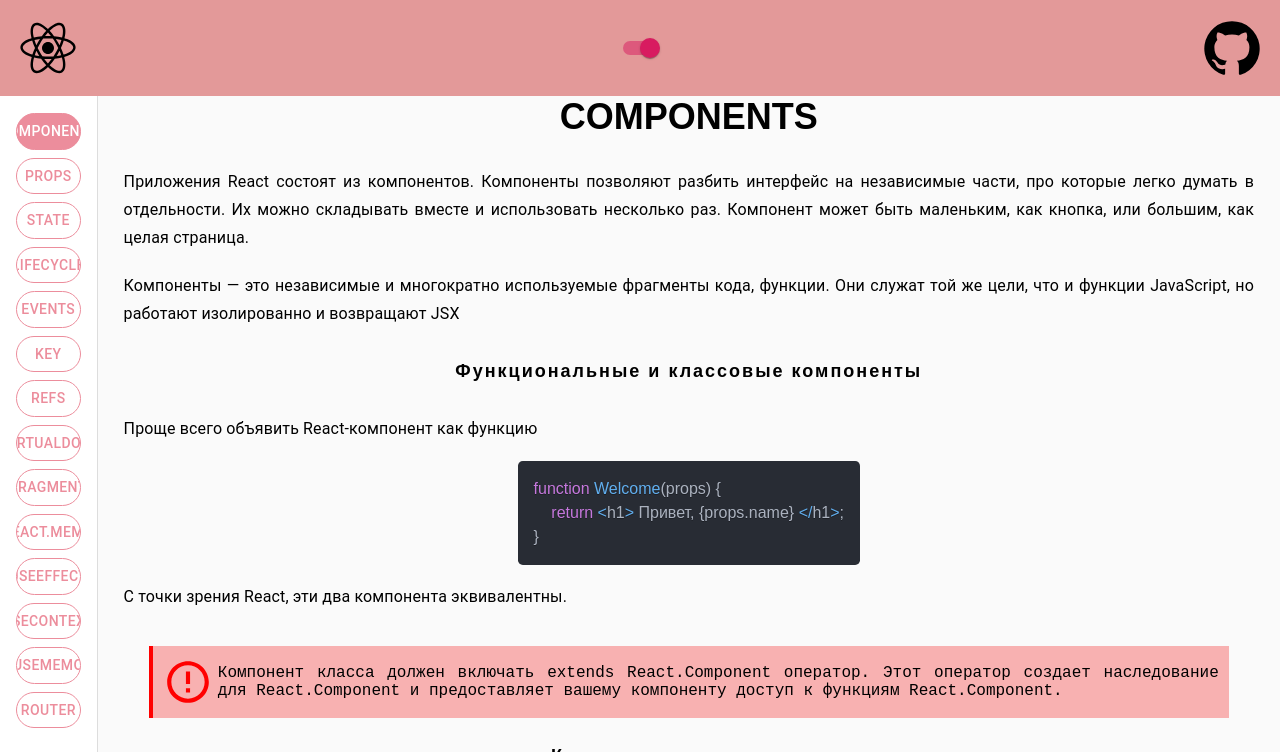
Repository: savannaaaas/reactDocumentation
Page: /topic/components
The author's editor kept a copy of each file at every save. The page is drawn from the files as they stood at one save, then again after the next save.
The browser window is 1280 px wide. The pictures show the whole page.
An inner scrolling area shows only its first screen. The project was rebuilt for these pictures with package versions that can differ from the ones it lists, and the page was loaded fresh each time. Also part of the build but not shown: vite.config.js, src/pages/welcomePage/WelcomeButton/WelcomeButton.jsx, src/pages/welcomePage/Content/ContentWelcome.jsx, src/pages/welcomePage/WelcomePage.jsx, src/data/data.js, src/components/CustomTypography/CustomTypography.jsx.

Above is the page before, as saved 2025-07-31 21:04:03.

### index.html
<!DOCTYPE html>
<html lang="en" data-theme="light">
  <head>
    <meta charset="UTF-8" />
    <link rel="icon" type="image/svg+xml" href="/vite.svg" />
    <meta name="viewport" content="width=device-width, initial-scale=1.0" />
    <title>NoteBook</title>
  </head>
  <body>
    <div id="root"></div>
    <script type="module" src="/src/main.jsx"></script>
  </body>
</html>

### src/main.jsx
import { StrictMode } from "react";
import { createRoot } from "react-dom/client";
import App from "./App.jsx";
import { ThemeProvider } from "./providers/ThemeProvider.jsx";
import "./index.scss";
import { BrowserRouter } from "react-router";

createRoot(document.getElementById("root")).render(
  <StrictMode>
    <ThemeProvider>
      <BrowserRouter>
        <App />
      </BrowserRouter>
    </ThemeProvider>
  </StrictMode>
);

### src/App.jsx
import { Routes, Route } from "react-router";
import { WelcomePage } from "./pages/welcomePage/WelcomePage";
import { TopicPage } from "./pages/topicPage/TopicPage";
import "./index.scss";
import { data } from "./data/data";
import { Topic } from "./pages/topicPage/Topic";
function App() {
  return (
    <Routes>
      <Route path="/" element={<WelcomePage />} />
      <Route path="/topic" element={<TopicPage />}>
        <Route
          path="components"
          element={
            <Topic
              title={data[0].title}
              content={data[0].content}
              path={data[0].path}
            />
          }
        />
        <Route
          path="props"
          element={
            <Topic
              title={data[1].title}
              content={data[1].content}
              path={data[1].path}
            />
          }
        />
        <Route
          path="state"
          element={
            <Topic
              title={data[2].title}
              content={data[2].content}
              path={data[2].path}
            />
          }
        />
      </Route>
    </Routes>
  );
}

export default App;

### src/providers/ThemeProvider.jsx
import { useEffect, useState } from "react";
import { themes, ThemeContext } from "../contexts/ThemeContext";
const getTheme = () => {
  const theme = `${window?.localStorage.getItem("theme")}`; //получаем тему из хранилища
  if (Object.values(themes).includes(theme)) {
    //если тема такая есть возвращаем
    return theme;
  } //если в хранилище нет смотрим какую тему пользователь предпочитает
  const userMedia = window.matchMedia("(prefers-color-scheme: light)"); //проверяем предпочитает пользователь светлую тему если да возвр
  if (userMedia.matches) return themes.light;
  return themes.dark; //иначе темная
};
export const ThemeProvider = ({ children }) => {
  const [theme, setTheme] = useState(getTheme);
  useEffect(() => {
    document.documentElement.dataset.theme = theme; // добавляем атрибут data-theme на <html>
    localStorage.setItem("theme", theme); //устанавливаем и сохраняем текущую тему
  }, [theme]);
  return (
    <ThemeContext.Provider value={{ theme, setTheme }}>
      {children}
    </ThemeContext.Provider>
  );
};

### src/index.scss
* {
  padding: 0;
  margin: 0;
  box-sizing: border-box;
  overflow: hidden;
  font-family: Arial, Helvetica, sans-serif;
}
body {
  background-color: var(--background-color);
}

:root[data-theme="light"] {
  --background-color: #fafafa;
}

:root[data-theme="dark"] {
  --background-color: #313139;
}

### src/pages/topicPage/TopicPage.jsx
import { useEffect } from "react";
import { Outlet, useLocation } from "react-router";
import { Header } from "../welcomePage/Header/Header";
import { Navigation } from "../../components/Navigation/Navigation";
import { Grid } from "@mui/material";

export const TopicPage = () => {
  const location = useLocation();
  const hasContent = location.pathname !== "/topics/";
  //Everytime when change pathname
  useEffect(() => {
    const customTypography = document.querySelector(".custom-typography");
    if (customTypography) {
      customTypography.scrollIntoView({ behavior: "smooth" });
    }
    const activeElement = document.querySelector(".active");
    if (activeElement) {
      activeElement.scrollIntoView({ inline: "center", behavior: "smooth" });
    }
  }, [location.pathname]);
  return (
    <>
      <Header />
      <Grid
        sx={{
          display: "flex",
          height: "calc(100vh - 64px)",
        }}
      >
        <Grid
          sx={{
            width: hasContent ? "30vh" : "60vh",
            borderRight: "1px solid #ddd",
            overflowY: "auto",
            position: "sticky",
            top: 0,
            height: "100%",
          }}
        >
          <Navigation />
        </Grid>
        <Grid sx={{ flexGrow: 1, overflowY: "auto", padding: 2 }}>
          <Outlet />
        </Grid>
      </Grid>
    </>
  );
};

### src/pages/topicPage/Topic.jsx
import { ImportantPoints } from "../../components/ImportantPoints/ImportantPoints";
import { CustomTypography } from "../../components/CustomTypography/CustomTypography";
import { Fragment } from "react/jsx-runtime";
import { Code } from "../../components/Code/Code";
import { Text } from "../../components/Text/Text";
import { Title } from "../../components/Title/Title";
import "../../components/CustomTypography/index.scss";
import { NavButtons } from "../../components/Navigation/NavButtons";
export const Topic = ({ title, content = [] }) => {
  console.log(title);
  const getValue = (content) => {
    return content.map((item) => {
      const [[key, value]] = Object.entries(item);
      switch (key) {
        case "p": {
          return <Text>{value}</Text>;
        }
        case "h": {
          return <Title>{value}</Title>;
        }
        case "c": {
          return <Code>{value}</Code>;
        }
        case "err": {
          return <ImportantPoints>{value}</ImportantPoints>;
        }
      }
    });
  };
  return (
    <>
      <h1 className="custom-typography">{title}</h1>
      {getValue(content).map((item, index) => (
        <Fragment key={index}>{item}</Fragment>
      ))}
      <NavButtons title={title} />
    </>
  );
};

### src/contexts/ThemeContext.jsx
import { createContext } from "react";
export const themes = {
  dark: "dark",
  light: "light",
};

export const ThemeContext = createContext({});

### src/pages/welcomePage/Header/Header.jsx
import GitHubIcon from "@mui/icons-material/GitHub";
import { Image } from "../../../components/Image/Image";
import { Toggle } from "../../../components/Toggle/Toggle";
import reactLogo from "../../../assets/react.svg";
import "../index.scss";
import { IconButton } from "@mui/material";
import { forwardRef } from "react";

export const Header = forwardRef((props, ref) => {
  return (
    <div ref={ref} className="header" {...props}>
      <IconButton
        href="https://react.dev/learn"
        target="_blank"
        rel="noopener noreferrer"
      >
        <Image src={reactLogo} style={{ width: "60px" }} />
      </IconButton>
      <Toggle />
      <IconButton
        href="https://github.com/savannaaaas"
        target="_blank"
        rel="noopener noreferrer"
        sx={{
          color: "black",
          "&:hover": {
            color: "#d81b60",
          },
        }}
      >
        <GitHubIcon
          sx={{
            fontSize: "60px",
          }}
        />
      </IconButton>
    </div>
  );
});

### src/pages/welcomePage/index.scss
$light-color: rgb(242, 118, 138);
$dark-color: #ffffff;

.header {
  background-color: rgb(227, 153, 153);
  display: flex;
  flex-direction: row;
  align-items: center;
  justify-content: space-between;
  padding: 10px;
  width: 100%;
}

.base-content {
  position: relative;
  display: flex;
  flex-direction: column;
  justify-content: center;
  align-items: center;
  gap: 100px;
  color: rgb(242, 118, 138);

  p {
    a {
      color: rgb(242, 118, 138);
      text-decoration: none;
    }
  }
}

.welcome-page {
  position: relative;
  display: flex;
  flex-direction: column;
  gap: 100px;
  justify-content: center;
  align-items: center;
}

.welcome-button {
  padding: 10 30px;
  width: 170px;
  border-radius: 30px;
}
[data-theme="light"] {
  .base-content {
    color: $light-color;

    p {
      a {
        color: $light-color;
      }
    }
  }
  .welcome-button {
    background-color: rgb(245, 60, 91);
    color: white;
  }
}

[data-theme="dark"] {
  .base-content {
    color: $dark-color;

    p {
      a {
        color: $dark-color;
      }
    }
  }
  .welcome-button {
    background-color: white;
    color: rgb(245, 60, 91);
  }
}

### src/components/Navigation/Navigation.jsx
import { Button } from "../Button/Button";
import "./index.scss";
import { Box, List, ListItem } from "@mui/material";
import { NavLink } from "react-router";
import { ButtonNavigate } from "./ButtonNavigate";
export const Navigation = () => {
  return (
    <Box
      className="list"
      sx={{
        overflowY: "auto",
        p: 2,
        left: 0,
      }}
    >
      <List sx={{ display: "flex", flexDirection: "column", gap: 1 }}>
        <ListItem disablePadding>
          <ButtonNavigate component={NavLink} to="/topic/components" fullWidth>
            Components
          </ButtonNavigate>
        </ListItem>
        <ListItem disablePadding>
          <ButtonNavigate component={NavLink} to="/topic/props" fullWidth>
            Props
          </ButtonNavigate>
        </ListItem>
        <ListItem disablePadding>
          <ButtonNavigate component={NavLink} to="/topic/state" fullWidth>
            State
          </ButtonNavigate>
        </ListItem>
        <ListItem disablePadding>
          <ButtonNavigate component={NavLink} to="/topic/lifecycle" fullWidth>
            Lifecycle
          </ButtonNavigate>
        </ListItem>
        <ListItem disablePadding>
          <ButtonNavigate component={NavLink} to="/topic/events" fullWidth>
            Events
          </ButtonNavigate>
        </ListItem>
        <ListItem disablePadding>
          <ButtonNavigate component={NavLink} to="/topic/key" fullWidth>
            Key
          </ButtonNavigate>
        </ListItem>
        <ListItem disablePadding>
          <ButtonNavigate component={NavLink} to="/topic/refs" fullWidth>
            Refs
          </ButtonNavigate>
        </ListItem>
        <ListItem disablePadding>
          <ButtonNavigate component={NavLink} to="/topic/virtual-dom" fullWidth>
            VirtualDOM
          </ButtonNavigate>
        </ListItem>
        <ListItem disablePadding>
          <ButtonNavigate component={NavLink} to="/topic/fragment" fullWidth>
            Fragment
          </ButtonNavigate>
        </ListItem>
        <ListItem disablePadding>
          <ButtonNavigate component={NavLink} to="/topic/react-memo" fullWidth>
            React.Memo
          </ButtonNavigate>
        </ListItem>
        <ListItem disablePadding>
          <ButtonNavigate component={NavLink} to="/topic/useEffect" fullWidth>
            useEffect
          </ButtonNavigate>
        </ListItem>
        <ListItem disablePadding>
          <ButtonNavigate component={NavLink} to="/topic/useContext" fullWidth>
            useContext
          </ButtonNavigate>
        </ListItem>
        <ListItem disablePadding>
          <ButtonNavigate component={NavLink} to="/topic/useMemo" fullWidth>
            useMemo
          </ButtonNavigate>
        </ListItem>
        <ListItem disablePadding>
          <ButtonNavigate component={NavLink} to="/topic/router" fullWidth>
            Router
          </ButtonNavigate>
        </ListItem>
      </List>
    </Box>
  );
};

### src/components/ImportantPoints/ImportantPoints.jsx
import Box from "@mui/material/Box";
import ErrorOutlineIcon from "@mui/icons-material/ErrorOutline";
import "./index.scss";
export const ImportantPoints = ({ children }) => {
  return (
    <Box component="section" className="importantBox">
      <ErrorOutlineIcon sx={{ color: "red", fontSize: 50 }} />
      {children}
    </Box>
  );
};

### src/components/Code/Code.jsx
import Paper from "@mui/material/Paper";
import { Prism as SyntaxHighlighter } from "react-syntax-highlighter";
import { oneDark } from "react-syntax-highlighter/dist/esm/styles/prism";
import { Box } from "@mui/material";
export const Code = ({ children }) => {
  return (
    <Box
      sx={{
        display: "flex",
        flexWrap: "wrap",
        justifyContent: "center",
        alignItems: "center",
      }}
    >
      <SyntaxHighlighter language="javascript" style={oneDark}>
        {children}
      </SyntaxHighlighter>
    </Box>
  );
};

### src/components/Text/Text.jsx
import { Typography } from "@mui/material";
import "./index.scss";
export const Text = ({ children, props }) => {
  return (
    <Typography {...props} variant="subtitle1" className="text">
      {children}
    </Typography>
  );
};

### src/components/Title/Title.jsx
import "./index.scss";
export const Title = ({ children }) => {
  return <div className="title">{children}</div>;
};

### src/components/CustomTypography/index.scss
@use "../Text/index";

.custom-typography {
  margin: 20px;
  font-weight: bold;
  text-transform: uppercase;
  text-align: center;
  font-size: 36px;
}
[data-theme="light"] {
  .custom-typography {
    color: index.$text-color-light;
  }
}
[data-theme="dark"] {
  .custom-typography {
    color: index.$text-color-dark;
  }
}

### src/components/Navigation/NavButtons.jsx
import { Button, Grid } from "@mui/material";
import ArrowBackIosNewIcon from "@mui/icons-material/ArrowBackIosNew";
import ArrowForwardIosIcon from "@mui/icons-material/ArrowForwardIos";
import { data } from "../../data/data";
import "./index.scss";
import { NavLink } from "react-router";
export const NavButtons = ({ title }) => {
  const topics = data.map((e) => {
    const { title, path } = e;
    return { title, path };
  });
  const getCurrentTopic = (title) => {
    return topics.findIndex((topic) => topic.title == title);
  };
  const getBackNextTopic = (title) => {
    const current = getCurrentTopic(title);
    const back = current > 0 ? topics[current - 1] : null;
    const next = current < topics.length - 1 ? topics[current + 1] : null;
    return (
      <>
        {back && (
          <Button
            variant="contained"
            className="navigate-button"
            startIcon={<ArrowBackIosNewIcon />}
          >
            <NavLink to={"/topic/" + back.path} className="navigate-button">
              Back topic
            </NavLink>
          </Button>
        )}
        {next && (
          <Button
            variant="contained"
            className="navigate-button"
            endIcon={<ArrowForwardIosIcon />}
          >
            <NavLink to={"/topic/" + next.path} className="navigate-button">
              Next topic
            </NavLink>
          </Button>
        )}
      </>
    );
  };
  return <div className="buttons">{getBackNextTopic(title)}</div>;
};

### src/components/Button/Button.jsx
import ButtonCustom from "@mui/material/Button";
export const Button = ({ children, ...props }) => {
  return <ButtonCustom {...props}>{children}</ButtonCustom>;
};

### src/components/Image/Image.jsx
export const Image = ({ ...props }) => {
  return <img {...props} />;
};

### src/components/Toggle/Toggle.jsx
import { useContext } from "react";
import { ThemeContext } from "../../contexts/ThemeContext";
import { alpha, styled } from "@mui/material/styles";
import { grey, pink } from "@mui/material/colors";
import { themes } from "../../contexts/ThemeContext";
import Switch from "@mui/material/Switch";
export const Toggle = () => {
  const { theme, setTheme } = useContext(ThemeContext);
  const ThemeSwitch = styled(Switch)(({ theme }) => ({
    "& .MuiSwitch-switchBase": {
      color: grey[600],
      "&:hover": {
        backgroundColor: alpha(grey[600], theme.palette.action.hoverOpacity),
      },
    },
    "& .MuiSwitch-track": {
      backgroundColor: grey[600],
    },
    "& .MuiSwitch-switchBase.Mui-checked": {
      color: pink[600],
      "&:hover": {
        backgroundColor: alpha(pink[600], theme.palette.action.hoverOpacity),
      },
    },
    "& .MuiSwitch-switchBase.Mui-checked + .MuiSwitch-track": {
      backgroundColor: pink[600],
    },
  }));
  const handleChange = () => {
    if (theme === themes.light) setTheme(themes.dark);
    if (theme === themes.dark) setTheme(themes.light);
  };
  return (
    <ThemeSwitch checked={theme == themes.light} onChange={handleChange} />
  );
};

### src/components/Navigation/index.scss
.buttons {
  display: flex;
  flex-direction: row;
  justify-content: center;
  align-items: center;
  gap: 20px;
  margin: 20px;
}
.navigate-button {
  width: 150px;
  border-radius: 60%;

  text-decoration: none;
}

[data-theme="light"] {
  .list {
    background-color: #ffffff;
  }
  .navigate-button {
    background-color: rgb(242, 118, 138);
    color: #ffffff;
  }
}

[data-theme="dark"] {
  .list {
    background-color: #313139;
  }
  .navigate-button {
    background-color: #ffffff;
    color: rgb(242, 118, 138);
  }
}

### src/components/Navigation/ButtonNavigate.jsx
import { Button } from "../Button/Button";
import "./index.scss";
export const ButtonNavigate = ({ children, ...props }) => {
  return (
    <Button
      {...props}
      variant="outlined"
      sx={{
        width: "200px",
        fontSize: "14px",
        borderRadius: "40px",
        border: "1px rgba(236, 141, 156, 1) solid",
        color: "rgba(236, 141, 156, 1)",
        "&.active": {
          backgroundColor: "rgba(236, 141, 156, 1)",
          color: "#ffff",
        },
      }}
    >
      {children}
    </Button>
  );
};

### src/components/ImportantPoints/index.scss
.importantBox {
  display: flex;
  width: 150vh;
  height: 10vh;
  margin: 25px auto;
  text-align: justify;
  align-items: center;
  flex-direction: row;
  gap: 5px;
  padding: 10px;
  box-sizing: border-box;
  font-size: 16px;
  font-family: monospace;
}
[data-theme="light"] {
  .importantBox {
    border-left: 4px solid red;
    background-color: rgba(245, 3, 3, 0.292);
  }
}
[data-theme="dark"] {
  .importantBox {
    border-left: 4px solid red;
    background-color: rgb(95, 95, 95);
    color: rgb(232, 232, 232);
  }
}

### src/components/Text/index.scss
$text-color-dark: aliceblue;
$text-color-light: black;
.text {
  text-align: justify;
  font-size: medium;
  line-height: 1.5;
  letter-spacing: 2px;
  padding: 10px;
}
[data-theme="light"] {
  .text {
    color: $text-color-light;
  }
}
[data-theme="dark"] {
  .text {
    color: $text-color-dark;
  }
}

### src/components/Title/index.scss
@use "../Text/index";
.title {
  text-align: center;
  font-size: 18px;
  line-height: 1.5;
  letter-spacing: 2px;
  margin: 20px;
  font-weight: bold;
}

[data-theme="light"] {
  .title {
    color: index.$text-color-light;
  }
}
[data-theme="dark"] {
  .title {
    color: index.$text-color-dark;
  }
}

After the next save:
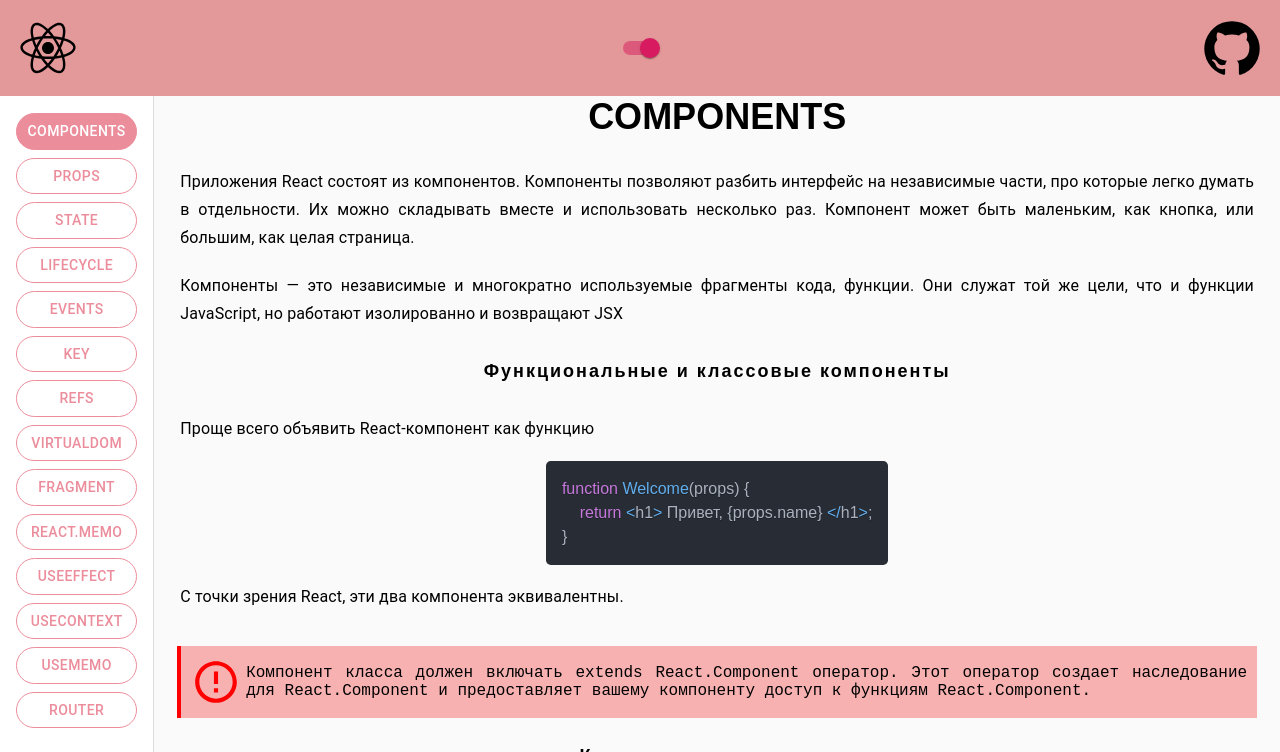
Saved 14 s later.
--- a/src/pages/topicPage/TopicPage.jsx
+++ b/src/pages/topicPage/TopicPage.jsx
@@ -29,7 +29,7 @@
       >
         <Grid
           sx={{
-            width: hasContent ? "30vh" : "60vh",
+            width: hasContent ? "50vh" : "60vh",
             borderRight: "1px solid #ddd",
             overflowY: "auto",
             position: "sticky",

After the 5 saves that followed:
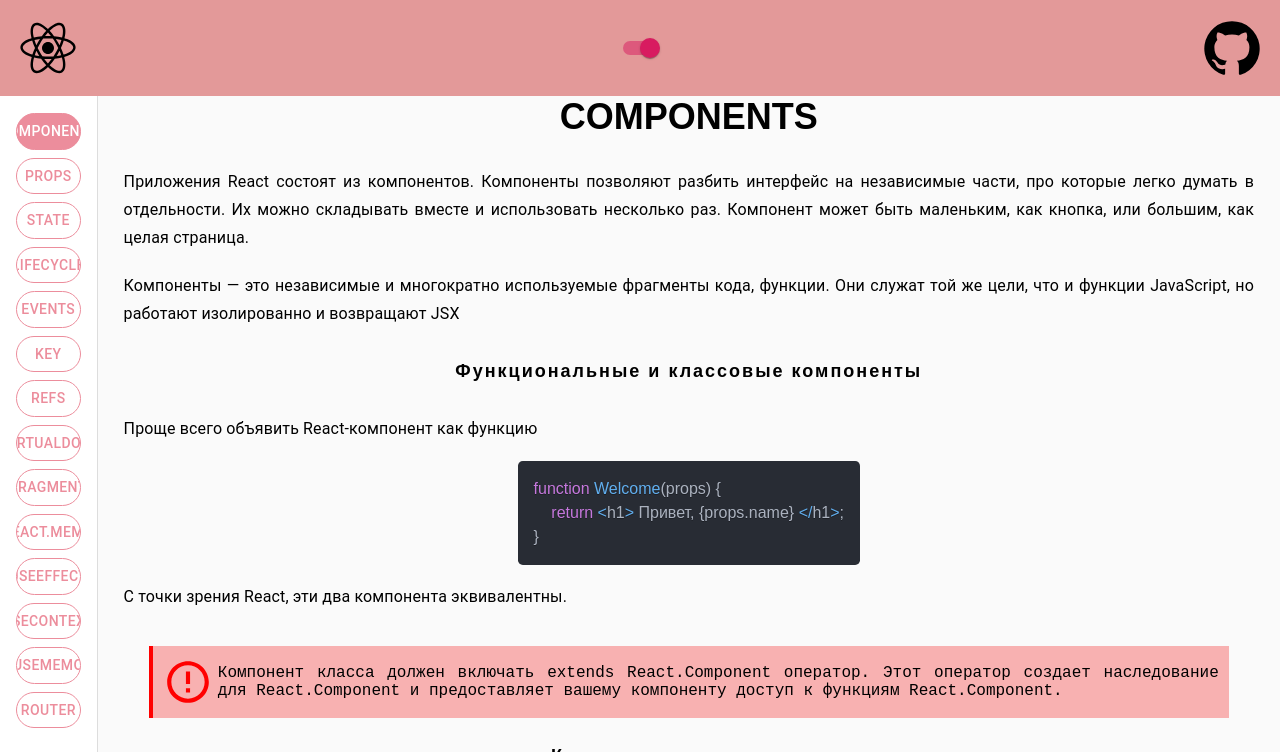
The 5 saves are shown as one change because 4 left the picture as it was.
The last was saved 10 min 32 s later.
--- a/src/pages/topicPage/TopicPage.jsx
+++ b/src/pages/topicPage/TopicPage.jsx
@@ -6,7 +6,8 @@
 
 export const TopicPage = () => {
   const location = useLocation();
-  const hasContent = location.pathname !== "/topics/";
+  const hasContent = location.pathname !== "/topic";
+  console.log(location.pathname);
   //Everytime when change pathname
   useEffect(() => {
     const customTypography = document.querySelector(".custom-typography");
@@ -29,7 +30,7 @@
       >
         <Grid
           sx={{
-            width: hasContent ? "50vh" : "60vh",
+            width: hasContent ? "30vh" : "50vh",
             borderRight: "1px solid #ddd",
             overflowY: "auto",
             position: "sticky",
